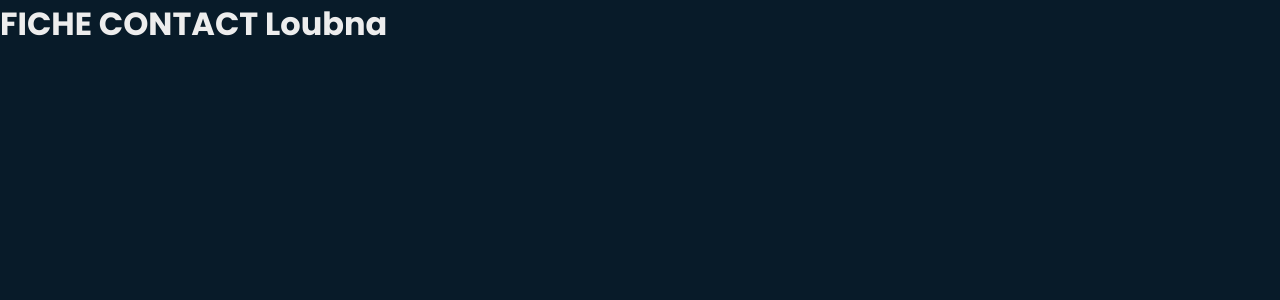
Repository: Loubna77290/Portfolio-de-Loubna
Page: contact.html
An editor plug-in stored every save of this project. The page is shown before and after the next save, followed by the edit.
The browser window is 1280 px wide. The pictures show the whole page.

Above is the page before, as saved 2025-03-09 23:12:19.

### contact.html
<!DOCTYPE html>
<html lang="en">
<head>
    <meta charset="UTF-8">
    <meta name="viewport" content="width=device-width, initial-scale=1.0">
    <title>Fiche contact</title>
    <link rel="stylesheet" href="style.css">
</head>
<body>

    <h1>FICHE CONTACT Loubna</h1>


</body>
</html>

### style.css
@import url('https://fonts.googleapis.com/css2?family=Poppins:wght@300;400;500;600;700;800;900&display=swap');

* {
    margin: 0;
    padding: 0;
    box-sizing: border-box;
    font-family: 'Poppins', sans-serif;

}

body {
    background: #081b29;
    color: #ededed;

}

.header {
    position:fixed;
    top: 0;
    left:0;
    width: 100%;
    padding: 20px 10px;
    background: transparent;
    display: flex;
    justify-content: space-between;
    align-items: center;
    z-index: 100;
}


.logo {
    position: relative;
    margin-left: 30px;
    font-size: 25px;
    color: #ededed;
    text-decoration: none;
    font-weight: 600;

}

.logo::before {
    content: '';
    position: absolute;
    top: 0;
    right: 0;
    width: 100%;
    height: 100%;
    background: #081b29b6;
    animation: showRight 1s ease forwards;
    animation-delay: .4s;;
}

.navbar a {
    font-size: 18px;
    color: #ededed;
    text-decoration: none;
    font-weight: 500;
    margin-right: 60px;
    justify-content: flex-end;
    transition: .3s;

}

.navbar a:hover,
.navbar a.active {
    color: #00abf0;

}

.accueil {
    height: 100vh;
    background: url(./IMG_7408.jpg) no-repeat center center;
    background-size: cover;
    display: flex;
    align-items: center;
    padding: 0 10%;
}

.accueil-contenu {
    background: transparent;
    max-width: 600px;


    }

.accueil-contenu h2 {
    font-size: 45px;
    font-weight: 700;
    line-height: 1.2;
    white-space: nowrap;
}

.accueil-contenu h2::before {
    content: '';
    position: absolute;
    top: 0;
    right: 0;
    width: 100%;
    height: 100%;
    background: #081b29;
    animation: showRight 1s ease forwards;
    animation-delay: 1s;
}

.accueil-contenu h3 {
    font-size: 30px;
    font-weight: 600;
    color: #0ff;

}

.accueil-contenu p {
    font-size: 16px;
    margin: 20px  0 40px;
    line-height: 1.2;
}

.accueil-contenu .btn-box {
    position: relative;
    display: flex;
    justify-content: space-between;
    width: 380px;
    height: 60px;

}

.accueil-contenu .btn-box::before {
    content: '';
    position: absolute;
    top: 0;
    right: 0;
    width: 100%;
    height: 100%;
    background: #081b294d;
    animation: showRight 1s ease forwards;
    animation-delay: 1.9s;
    z-index: 2;
}

.btn-box a {
    position: relative;
    display: inline-flex;
    justify-content: center;
    align-items: center;
    width: 150px;
    height: 110%;
    background: #00abf0;
    border: 2px solid #00abf0;
    border-radius: 8px;
    font-size: 19px;
    color: #081b29;
    text-align: center;
    text-decoration: none;
    font-weight: 600;
    letter-spacing: 1px;
    z-index: 1;
    overflow: hidden;
    transition: .5s;
}

.btn-box a:hover {
    color: #00abf0;

}

.btn-box a:nth-child(2) {
    background: transparent;
    color:#00abf0
}

.btn-box a:nth-child(2):hover {
    color:#081b29;
}


.btn-box a:nth-child(2)::before {
    background: #00abf0;
    }

.btn-box a::before {
    content: '';
    position: absolute;
    top: 0;
    left: 0;
    width: 0;
    height: 100%;
    background: #081b29;
    z-index: -1;
    transition: .5s;
}

.btn-box a:hover::before {
    width: 100%;
    }

.home-sci {
    position: absolute;
    bottom: 1px;
    width: 150px;
    display: flex;
    justify-content: space-between;
}

.home-sci::before {
    content: '';
    position: absolute;
    top: 0;
    right: 0;
    width: 100%;
    height: 100%;
    background: #081b29;
    animation: showRight 1s ease forwards;
    animation-delay: 2.5s;
    z-index: 2;
}

.home-sci a {
    position: relative;
    display: inline-flex;
    justify-content: center;
    align-items: center;
    width: 40px;
    height: 40px;
    background: transparent;
    border: 2px solid #00abf0;
    border-radius: 50%;
    font-size: 20px;
    text-decoration: none;
    z-index: 1;
    overflow: hidden;
    transition: .5s;
    color: #00abf0;
}

.home-sci a:hover {
    color: #081b29;

}
.home-sci a::before {
    content: '';
    position: absolute;
    top: 0;
    left: 0;
    width: 0;
    height: 100%;
    background:#00abf0;
    transition: .5s;
    z-index: -1;
}

.home-sci a:hover::before {
    width: 100%;
}

/* KEYFRAMES ANIMATION */
@keyframes showRight {
    100% {
        width: 0;
    }
}

After the next save:
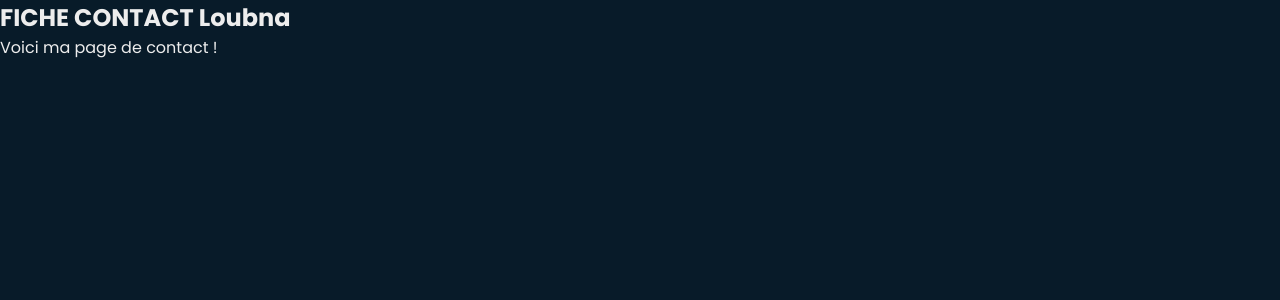
Saved 8 min 53 s later.
--- a/contact.html
+++ b/contact.html
@@ -7,9 +7,10 @@
     <link rel="stylesheet" href="style.css">
 </head>
 <body>
-
-    <h1>FICHE CONTACT Loubna</h1>
-
+    <section class="contact-background">
+        <h1>FICHE CONTACT Loubna</h1>
+        <p>Voici ma page de contact !</p>
+    </section>
 
 </body>
 </html>
